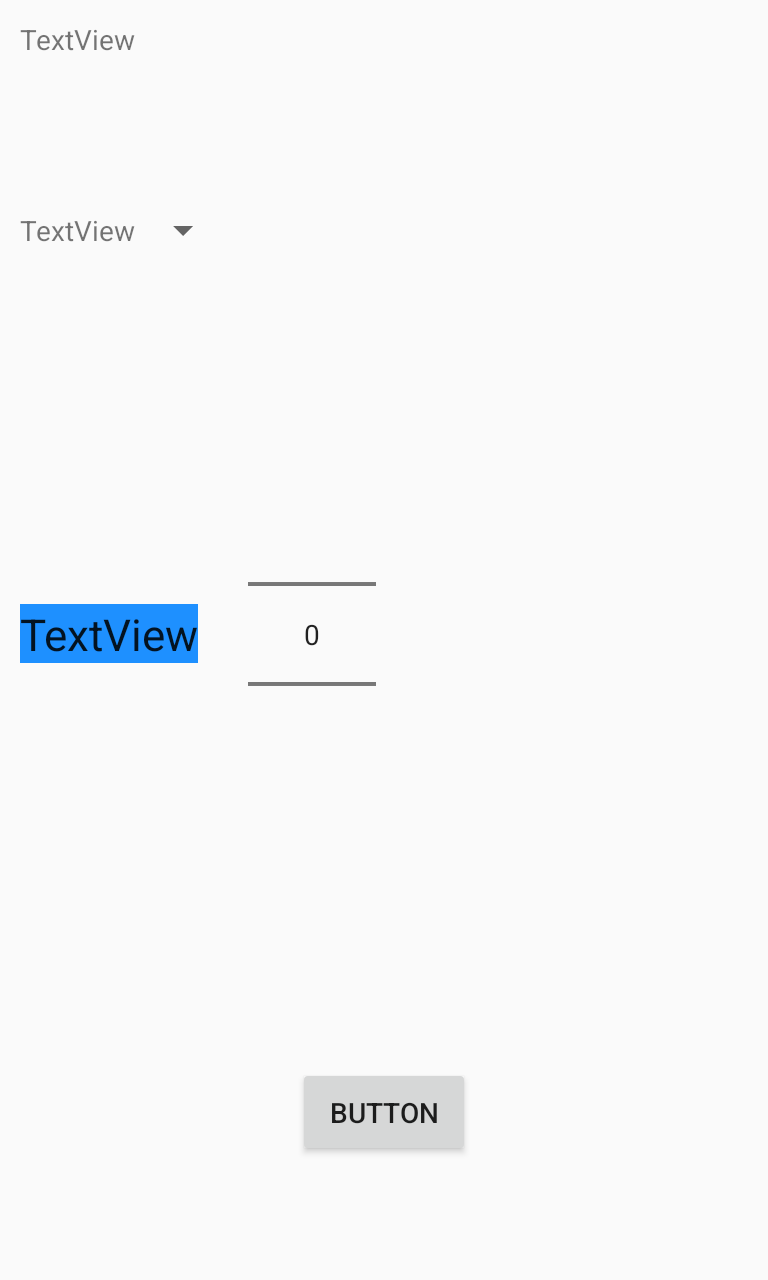
Repository: mimimy/MassagePro
Layout: BLE-Version/MassageTool/res/layout/base_pager.xml
The author's editor kept a copy of each file at every save. The layout is drawn from the files as they stood at one save, then again after the next save.
It is drawn on a 768 x 1280 px phone screen (xhdpi) without system bars, with theme AppTheme; the app's code is not run.

Above is the layout before, as saved 2018-07-29 00:52:13.

After the next save:
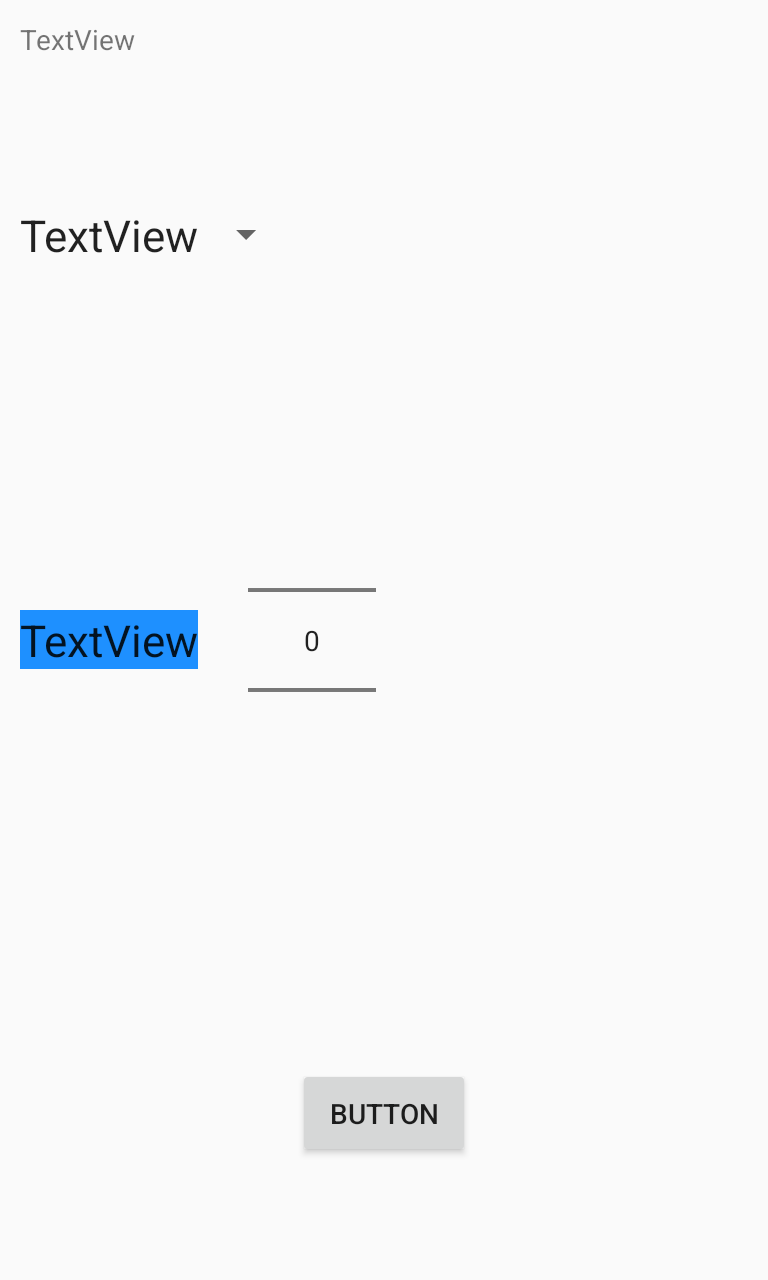
Saved 17 s later.
--- a/BLE-Version/MassageTool/res/layout/base_pager.xml
+++ b/BLE-Version/MassageTool/res/layout/base_pager.xml
@@ -23,6 +23,7 @@
             android:id="@+id/textView2"
             android:layout_width="wrap_content"
             android:layout_height="wrap_content"
+            android:textAppearance="?android:attr/textAppearanceLarge"
             android:text="TextView" />
 
         <Spinner
